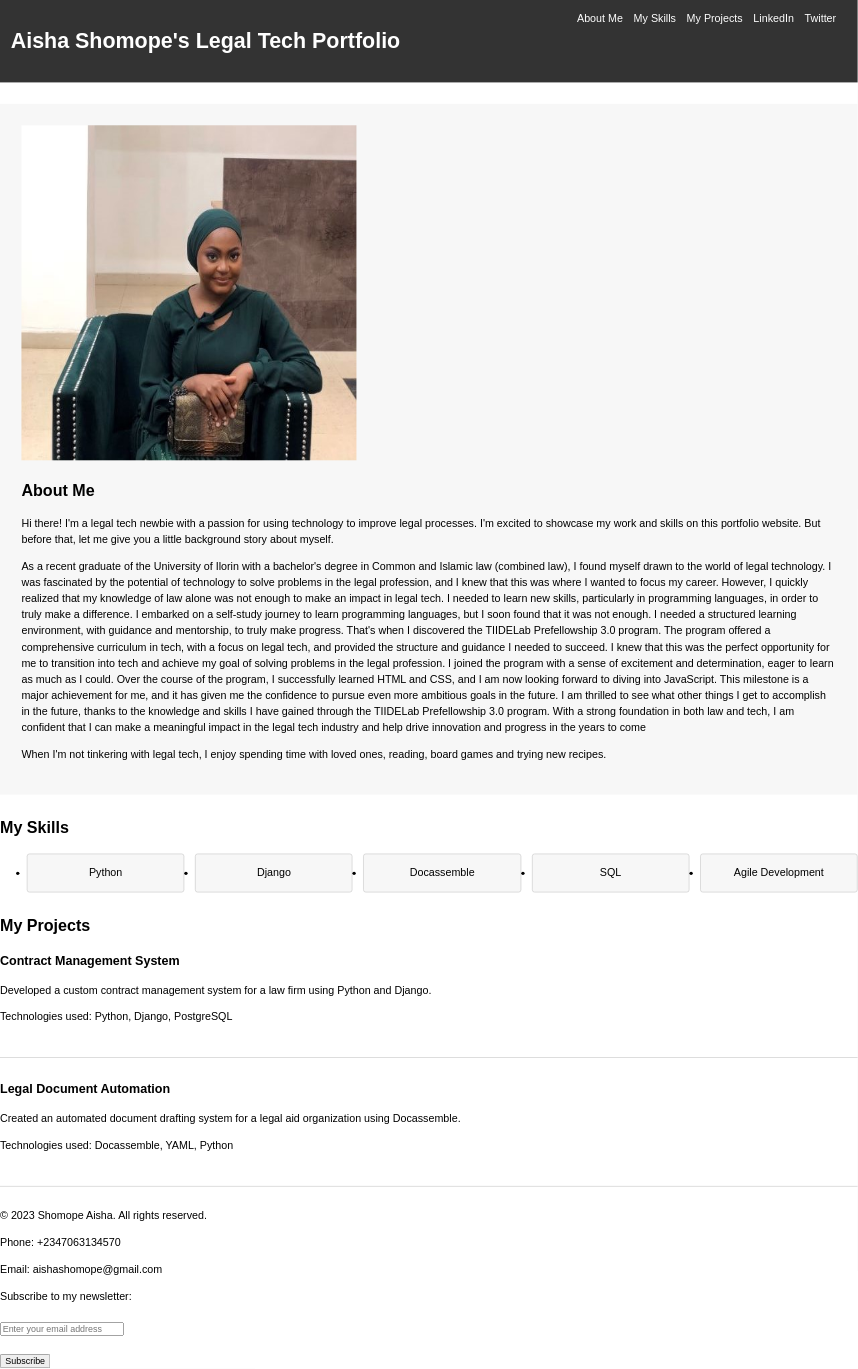
Repository: Iyewande/AishasPortfolio
Page: Index.html
An editor plug-in stored every save of this project. The page is shown before and after the next save, followed by the edit.
The browser window is 1280 px wide. The pictures show the whole page, at 67% of full size.

Above is the page before, as saved 2023-04-30 19:43:05.

### Index.html
<!DOCTYPE html>
<html lang="en">
    <head>
        <meta charset="UTF-8">
        <meta http-equiv="X-UA-Compatible" content="IE=edge">
        <meta name="viewport" content="width=device-width, initial-scale=1.0">
        <title>My Legal Tech Portfolio</title>
        <link rel="stylesheet" href="Style.css">
    </head>
    <body>
        <!-- This HTML code creates a simple portfolio website with three main sections: About Me, My Projects, and My Skills.
            The navigation menu allows visitors to easily navigate between the sections of the website. The CSS styling for
            this website is located in a separate style.css file. -->
        <header>
            <h1> Aisha Shomope's Legal Tech Portfolio </h1>
            <nav>
                <ul>
                    <li><a href="#about">About Me</a></li>
                    <li><a href="#skills">My Skills</a></li>
                    <li><a href="#projects">My Projects</a></li>
                    <li><a href="https://www.linkedin.com/in/yourprofile/">LinkedIn</a></li>
                    <li><a href="https://twitter.com/yourhandle/">Twitter</a></li>
                  </ul>
            </nav>
        </header>
        <main>
            <section id="about">
                <div class="main-container"></div>
                <img src="E17CF07F-F5B1-4C94-9C3E-8D25C5FEC29B.jpg" alt="A picture of me" height="500" width="500">
                <h2>About Me</h2>
                <p>Hi there! I'm a legal tech newbie with a passion for using technology to improve legal processes. I'm excited to
                    showcase my work and skills on this portfolio website. But before that, let me give you a little background story about myself.</p>
                <article>
                    As a recent graduate of the University of Ilorin with a bachelor's degree in Common and Islamic law (combined law), I found myself drawn to the world of legal technology. I was fascinated by the potential of technology to solve problems in the legal profession, and I knew that this was where I wanted to focus my career.
                    However, I quickly realized that my knowledge of law alone was not enough to make an impact in legal tech. I needed to learn new skills, particularly in programming languages, in order to truly make a difference. I embarked on a self-study journey to learn programming languages, but I soon found that it was not enough. I needed a structured learning environment, with guidance and mentorship, to truly make progress.
                    That's when I discovered the TIIDELab Prefellowship 3.0 program. The program offered a comprehensive curriculum in tech, with a focus on legal tech, and provided the structure and guidance I needed to succeed. I knew that this was the perfect opportunity for me to transition into tech and achieve my goal of solving problems in the legal profession.
                    I joined the program with a sense of excitement and determination, eager to learn as much as I could. Over the course of the program, I successfully learned HTML and CSS, and I am now looking forward to diving into JavaScript. This milestone is a major achievement for me, and it has given me the confidence to pursue even more ambitious goals in the future.
                    I am thrilled to see what other things I get to accomplish in the future, thanks to the knowledge and skills I have gained through the TIIDELab Prefellowship 3.0 program. With a strong foundation in both law and tech, I am confident that I can make a meaningful impact in the legal tech industry and help drive innovation and progress in the years to come</article>
                <p>When I'm not tinkering with legal tech, I enjoy spending time with loved ones, reading, board games and trying new recipes.</p>
              </section>
              <section id="skills">
                <div class="main-container"></div>
                <h2>My Skills</h2>
                <ul>
                  <li>Python</li>
                  <li>Django</li>
                  <li>Docassemble</li>
                  <li>SQL</li>
                  <li>Agile Development</li>
                </ul>
              </section>
              <section id="projects">
                <div class="main-container"></div>
                <h2>My Projects</h2>
                <ul>
                  <li>
                    <h3>Contract Management System</h3>
                    <p>Developed a custom contract management system for a law firm using Python and Django.</p>
                    <p>Technologies used: Python, Django, PostgreSQL</p>
                  </li>
                  <li>
                    <h3>Legal Document Automation</h3>
                    <p>Created an automated document drafting system for a legal aid organization using Docassemble.</p>
                    <p>Technologies used: Docassemble, YAML, Python</p>
                  </li>
                </ul>
              </section>

        </main>
        <footer>
            <div class="footer-container">
                <p>&copy; 2023 Shomope Aisha. All rights reserved.</p>
                <div class="contact">
                    <p>Phone: +2347063134570</p>
                    <p>Email: aishashomope@gmail.com</p>
                </div>
                <form action="#" method="post">
                    <label for="subscribe">Subscribe to my newsletter:</label>
                    <br><br>
                    <input type="email" id="subscribe" name="subscribe" placeholder="Enter your email address">
                    <br><br>
                    <button type="submit">Subscribe</button>
                </form>
            </div>
        </footer>
    </body>
</html>

### Style.css
/* Global styles */
/* This CSS file defines styles for the entire website, as well as specific styles for the different sections of the website.
For example, the header element has a dark background color and white text color, while the #skills section uses a grid layout
to display a list of skills. These styles are used to enhance the design and usability of the website.*/

body {
    font-family: Arial, sans-serif;
    font-size: 16px;
    line-height: 1.5;
    margin: 0;
    padding: 0;
  }

  h1, h2, h3 {
    font-family: 'Montserrat', sans-serif;
  }

  header {
    background-color: #333;
    color: #fff;
    display: flex;
    justify-content: space-between;
    padding: 1em;
  }

  nav ul {
    display: flex;
    list-style: none;
    margin: 0;
    padding: 0;
  }

  nav ul li {
    margin-right: 1em;
  }

  nav ul li a {
    color: #fff;
    text-decoration: none;
  }

  nav ul li a:hover {
    text-decoration: underline;
  }

  section {
    margin: 2em 0;
  }

  /* Specific styles */

  #about {
    background-color: #f7f7f7;
    padding: 2em;
  }

  #about p {
    margin-bottom: 1em;
  }

  #projects ul {
    list-style: none;
    margin: 0;
    padding: 0;
  }

  #projects li {
    border-bottom: 1px solid #ccc;
    margin-bottom: 2em;
    padding-bottom: 2em;
  }

  #projects h3 {
    margin-top: 0;
  }

  #projects p {
    margin-bottom: 1em;
  }

  #skills ul {
    display: grid;
    grid-template-columns: repeat(auto-fit, minmax(120px, 1fr));
    grid-gap: 1em;
  }

  #skills li {
    background-color: #f7f7f7;
    border: 1px solid #ccc;
    border-radius: 4px;
    padding: 1em;
    text-align: center;
  }

After the next save:
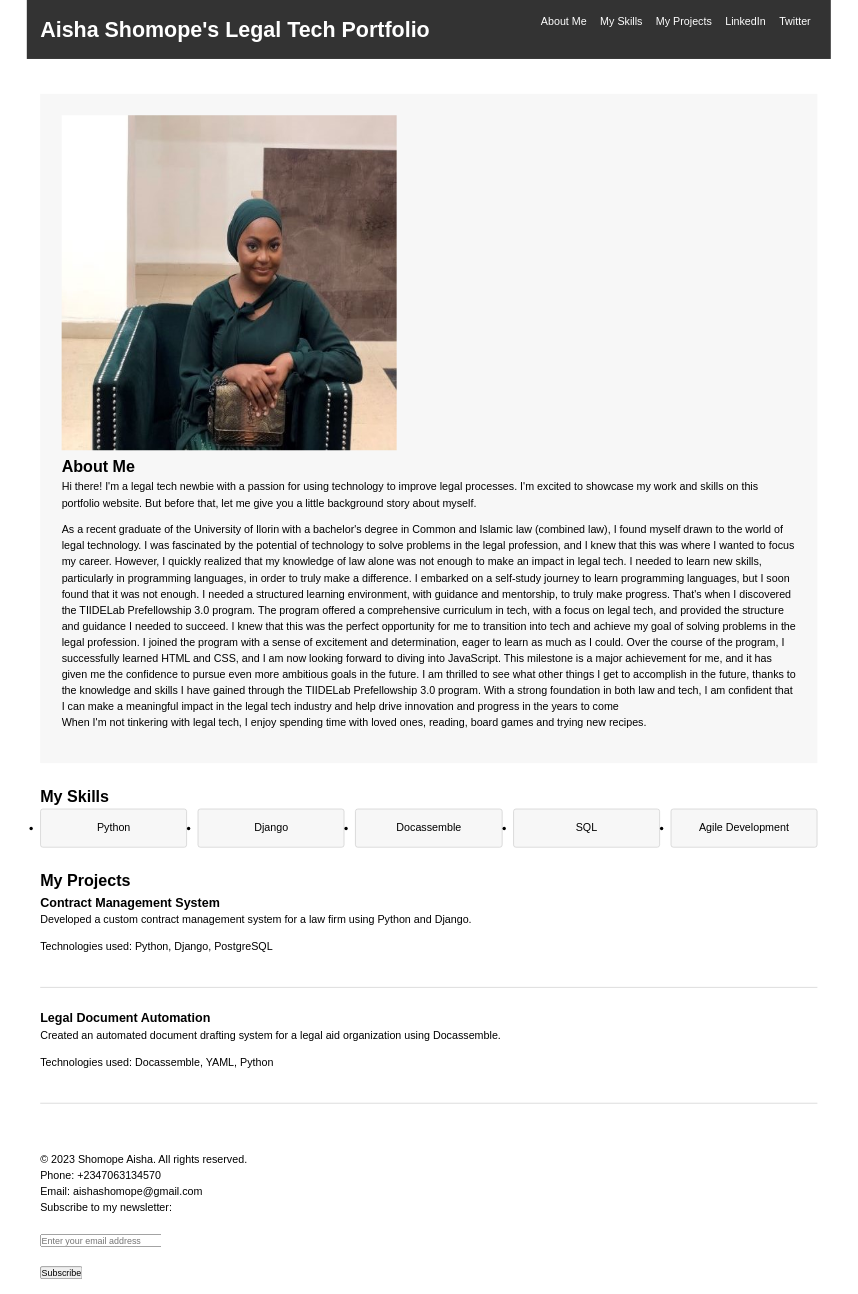
Saved 3 min 6 s later.
--- a/Style.css
+++ b/Style.css
@@ -91,3 +91,52 @@ body {
     padding: 1em;
     text-align: center;
   }
+
+  /* Global Styles */
+* {
+    box-sizing: border-box;
+    margin: 0;
+    padding: 0;
+}
+
+body {
+    font-family: Arial, sans-serif;
+    font-size: 16px;
+    line-height: 1.5;
+}
+
+header, main, footer {
+    max-width: 1200px;
+    margin: 0 auto;
+    padding: 20px;
+}
+
+/* Header Styles */
+header {
+    background-color: #333;
+    color: #fff;
+}
+
+.header-container {
+    display: flex;
+    justify-content: space-between;
+    align-items: center;
+}
+
+nav ul {
+    display: flex;
+    list-style: none;
+}
+
+nav ul li {
+    margin: 0 10px;
+}
+
+nav ul li a {
+    color: #fff;
+    text-decoration: none;
+}
+
+nav ul li a:hover {
+    text-decoration: underline;
+}
